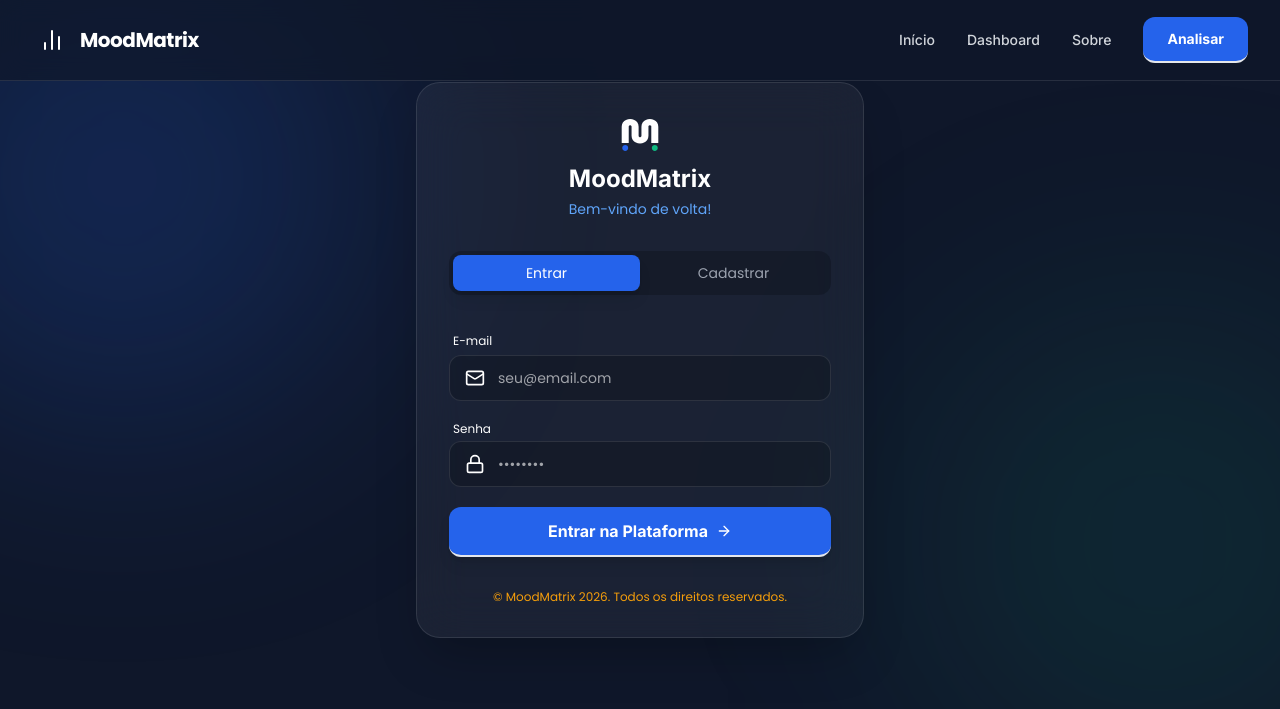
Repository: Hackaton-ONE/hackathon-Frontend
Page: /login
The author's editor kept a copy of each file at every save. The page is drawn from the files as they stood at one save, then again after the next save.
The browser window is 1280 px wide. The pictures show the whole page.
The project was rebuilt for these pictures with package versions that can differ from the ones it lists, and the page was loaded fresh each time. The framework's server and built-in components were replaced by stand-ins that run in the browser. Also part of the build but not shown: next.config.ts.

Above is the page before, as saved 2026-01-01 14:37:29.

After the next save:
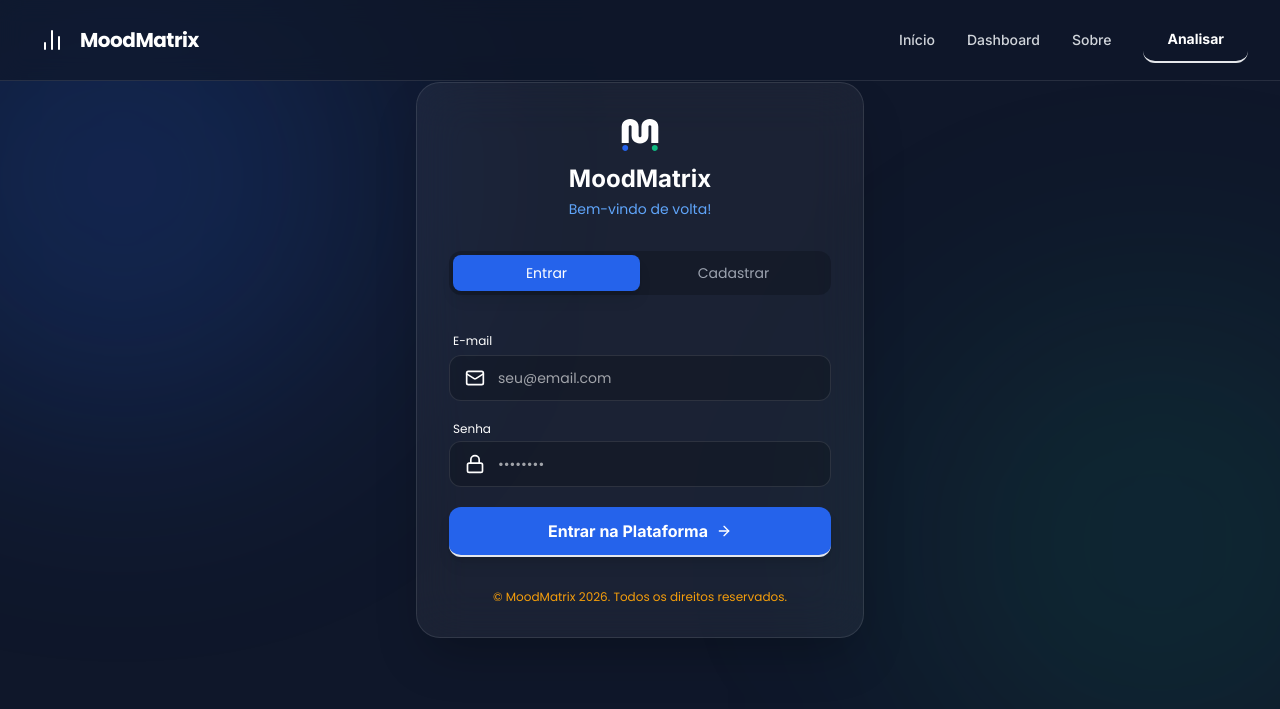
Saved 8 s later.
--- a/components/Button.tsx
+++ b/components/Button.tsx
@@ -10,7 +10,7 @@ export function Button({ variant = "primary", className = "", children, ...props
   const baseStyles = "px-6 py-3 rounded-xl font-bold transition-all duration-200 flex items-center justify-center gap-2 active:scale-[0.98]";
 
   const variants = {
-    primary: "bg-blue-default text-white border-b-2 hover:brightness-110 active:border-b-0 active:translate-y-1",
+    primary: " text-white border-b-2 hover:brightness-110 active:border-b-0 active:translate-y-1",
 
     // Outline (Borda simples)
     outline: "bg-transparent border-2 border-white/20 text-white hover:bg-white/5 hover:border-white/40",
